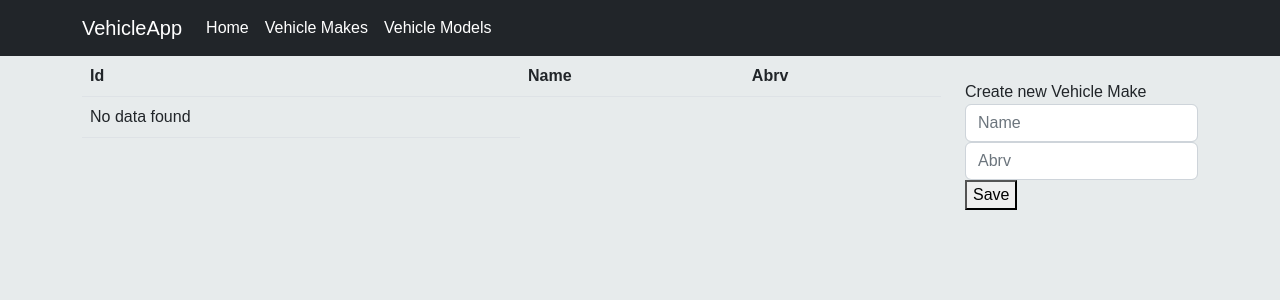
Repository: magdalenarajic/VehicleFrontend
Page: /Makes
The author's editor kept a copy of each file at every save. The page is drawn from the files as they stood at one save, then again after the next save.
The browser window is 1280 px wide. The pictures show the whole page.
The page's requests for data from a server got no answer. The project was rebuilt for these pictures with package versions that can differ from the ones it lists, and the page was loaded fresh each time. No one was signed in, and anything a server would have sent is missing. Also part of the build but not shown: src/components/Home.js, src/services/modelService.js, src/stores/modelStore.js, src/components/VehicleModel.js.

Above is the page before, as saved 2023-03-10 12:33:56.

### public/index.html
<!DOCTYPE html>
<html lang="en">
  <head>
    <meta charset="utf-8" />
    <link rel="icon" href="%PUBLIC_URL%/favicon.ico" />
    <meta name="viewport" content="width=device-width, initial-scale=1" />
    <meta name="theme-color" content="#000000" />
    <meta
      name="description"
      content="Web site created using create-react-app"
    />
    <link rel="apple-touch-icon" href="%PUBLIC_URL%/logo192.png" />
    <!--
      manifest.json provides metadata used when your web app is installed on a
      user's mobile device or desktop. See https://developers.google.com/web/fundamentals/web-app-manifest/
    -->
    <link rel="manifest" href="%PUBLIC_URL%/manifest.json" />
    <!--
      Notice the use of %PUBLIC_URL% in the tags above.
      It will be replaced with the URL of the `public` folder during the build.
      Only files inside the `public` folder can be referenced from the HTML.

      Unlike "/favicon.ico" or "favicon.ico", "%PUBLIC_URL%/favicon.ico" will
      work correctly both with client-side routing and a non-root public URL.
      Learn how to configure a non-root public URL by running `npm run build`.
    -->
    <link
  rel="stylesheet"
  href="https://cdn.jsdelivr.net/npm/bootstrap@5.2.3/dist/css/bootstrap.min.css"
  integrity="sha384-rbsA2VBKQhggwzxH7pPCaAqO46MgnOM80zW1RWuH61DGLwZJEdK2Kadq2F9CUG65"
  crossorigin="anonymous"
/>
    <title>React App</title>
  </head>
  <body>
    <noscript>You need to enable JavaScript to run this app.</noscript>
    <div id="root"></div>
    <!--
      This HTML file is a template.
      If you open it directly in the browser, you will see an empty page.

      You can add webfonts, meta tags, or analytics to this file.
      The build step will place the bundled scripts into the <body> tag.

      To begin the development, run `npm start` or `yarn start`.
      To create a production bundle, use `npm run build` or `yarn build`.
    -->
  </body>
</html>

### src/index.css
body {
  background-color: rgb(231, 235, 236);
  font-family: -apple-system, BlinkMacSystemFont, 'Segoe UI', 'Roboto', 'Oxygen',
    'Ubuntu', 'Cantarell', 'Fira Sans', 'Droid Sans', 'Helvetica Neue',
    sans-serif;
}

code {
  font-family: source-code-pro, Menlo, Monaco, Consolas, 'Courier New',
    monospace;
}

### src/App.js
import './App.css';
import { Home } from './components/Home';
import VehicleMake  from './components/VehicleMake';
import {Navigation} from './components/Navigation';
import VehicleModel from './components/VehicleModel';

import {BrowserRouter, Route, Routes} from 'react-router-dom';

function App() {
  return (
    <BrowserRouter>
    <div >
    <header>
      </header>
      <div>
      <Navigation/>
       <Routes>
        <Route path='/' element={<Home/>} />
        <Route path='/Makes' element={<VehicleMake/>} />
        <Route path='/Models' element={<VehicleModel/>} />
       </Routes>
    </div>
    </div>
    </BrowserRouter>
  );
}

export default App;

### src/App.css
.App {
  text-align: center;
}
body {
  font-family: Arial;
}

### src/components/VehicleMake.js
import React, { useEffect, useState } from "react";
import { Observer } from "mobx-react";
import makeStore from "../stores/makeStore";
import { Container, Table, Col, Row } from "react-bootstrap";

const MakeList = () => {
  const [showForm, setShowForm] = useState(false);
  const handleShow = () => setShowForm(true);

  const [name, setName] = useState("");
  const [abrv, setAbrv] = useState("");

  const [editName, setEditName] = useState("");
  const [editAbrv, setEditAbrv] = useState("");
  const [editId, setEditId] = useState("");

  useEffect(() => {
    makeStore.getData();
  }, []);

  const getSingleData = (id) => {
    handleShow();
    makeStore.getSingleData(id).then((result) => {
      setEditName(result.data.Name);
      setEditAbrv(result.data.Abrv);
      setEditId(result.data.Id);
    });
  };

  const updateData = () => {
    const data = {
      name: editName,
      abrv: editAbrv,
    };
    const id = {
      Id: editId,
    };
    console.log(data,id);
    makeStore.updateData(editName, editAbrv, editId);
    setEditName("");
    setEditAbrv("");
    setEditId("");
  };

  const deleteData = (id) => {
    makeStore.deleteData(id);
  };

  const saveData = () => {
    makeStore.createData(abrv, name);
    setName("");
    setAbrv("");
    window.location.reload(true);
  };

  return (
    <Observer>
      {() => (
        <>
          <Container>
            <Row>
              <Col>
                <Table>
                  <thead>
                    <tr>
                      <th> Id </th>
                      <th> Name</th>
                      <th> Abrv</th>
                    </tr>
                  </thead>
                  <tbody>
                    {makeStore.vehicleData &&
                    makeStore.vehicleData.length > 0 ? (
                      makeStore.vehicleData.map((make, index) => {
                        return (
                          <tr key={index}>
                            <td>{make.Id}</td>
                            <td>{make.Name}</td>
                            <td>{make.Abrv}</td>
                            <td>
                              <button
                                className="delete-btn"
                                onClick={() => deleteData(make.Id)}
                              >
                                Delete
                              </button>
                              <button
                                className="edit-btn"
                                onClick={() => getSingleData(make.Id)}
                              >
                                Edit
                              </button>
                            </td>
                          </tr>
                        );
                      })
                    ) : (
                      <tr>
                        <td>No data found</td>
                      </tr>
                    )}
                  </tbody>
                </Table>
              </Col>
              <Col md="auto">
                <br />
                <label> Create new Vehicle Make</label>
                <br />
                <input
                  type={"text"}
                  className="form-control"
                  placeholder="Name"
                  value={name}
                  onChange={(e) => setName(e.target.value)}
                ></input>
                <input
                  type={"text"}
                  className="form-control"
                  placeholder="Abrv"
                  value={abrv}
                  onChange={(e) => setAbrv(e.target.value)}
                ></input>
                <Col>
                  <button className="create-button" onClick={() => saveData()}>
                    Save
                  </button>
                </Col>
                <br></br>
              </Col>
            </Row>
            {showForm && (
              <Col>
                <br />
                <label> Update Vehicle Make</label>
                <br />
                <input
                  type={"text"}
                  className="form-control"
                  placeholder="Name"
                  value={editName}
                  onChange={(e) => setEditName(e.target.value)}
                ></input>
                <input
                  type={"text"}
                  className="form-control"
                  placeholder="Abrv"
                  value={editAbrv}
                  onChange={(e) => setEditAbrv(e.target.value)}
                ></input>
                <Col>
                  <button className="create-button" onClick={() => updateData()}>
                    Save Changes
                  </button>
                </Col>
                <br></br>
              </Col>
            )}
          </Container>
        </>
      )}
    </Observer>
  );
};


export default MakeList;

### src/components/Navigation.js
import React, { Component } from "react";
import { Navbar, Nav , Container} from "react-bootstrap";


export class Navigation extends Component {
  render() {
    return (
      <Navbar bg="dark" variant="dark">
      <Container>
      <Navbar.Brand href="#home">VehicleApp </Navbar.Brand>
        <Nav variant="pills" className="me-auto" >
          <Nav.Link className="d-inline p-2 text-white " href="/">
            Home
          </Nav.Link>
          <Nav.Link className="d-inline p-2 text-white" href="/makes">
            Vehicle Makes
          </Nav.Link>
          <Nav.Link className="d-inline p-2 text-white" href="/models">
            Vehicle Models
          </Nav.Link>
        </Nav>
        </Container>
      </Navbar>
    );
  }
}

### src/stores/makeStore.js
import { observable, action, makeObservable } from "mobx";
import makeService from "../services/makeService";

class MakeStore {
  constructor() {
    makeObservable(this, {
      status: observable,
      vehicleData: observable,
      singleData: observable,
      getData: action,
      createData: action,
      deleteData: action,
      updateData: action,
      getSingleData: action,
    });
  }

  status = "initial";
  vehicleData = [];
  singleData = [];

  getData = () => {
    makeService
      .getVehicleMakes()
      .then((result) => {
        this.vehicleData = result.data;
      })
      .catch((error) => {
        console.log(error);
        this.status = "error";
      });
  };

  getSingleData = (id) => {
    return makeService.getVehicleMake(id);
  };

  createData = (abrv, name) => {
    const vehicleData = { Abrv: abrv, Name: name };

    makeService.postVehicleMake(vehicleData).then((response) => {
      if (response.body === true) {
        this.status = "success";
        this.getData();
      }
    });
  };

  deleteData = (id) => {
    makeService.deleteVehicleMake(id).then((response) => {
      this.getData();
    });
  };

  updateData = (name, abrv, id) => {
    const singleData = { Name: name, Abrv: abrv };
    makeService.putVehicleMake(id, singleData).then((response) => {
      this.getData();
    });
  };
}

const makeStore = new MakeStore();

// makeStore.getSingleData(60).then((result) => console.log(result.data));
export default makeStore;

### src/services/makeService.js
import axios from "axios";

const errorHandler = (error) => {
  console.log(error);
};

const baseUrl = "https://localhost:44304/api/VehicleMakes";

class MakeService {
  getVehicleMakes = () => {
    return axios.get(`${baseUrl}`).catch(errorHandler);
  };

  getVehicleMake = (id) => {
    return axios.get(`${baseUrl}/${id}`).catch(errorHandler);
  };

  item = {
    Name: " ",
    Abrv: " ",
  };
  postVehicleMake = (item) => {
    return axios.post(`${baseUrl}`, item).catch(errorHandler);
  };

  deleteVehicleMake = (id) => {
    return axios.delete(`${baseUrl}/${id}/`).catch(errorHandler);
  };

  putVehicleMake = (id, item) => {
    return axios.put(`${baseUrl}/${id}`, item).catch(errorHandler);
  };
}
const makeService = new MakeService();
export default makeService;
// testing -- getVehicleMakes().then((result) => console.log(result));

Loaded but not shown: src/index.js (common file); src/reportWebVitals.js (common file)

After the next save:
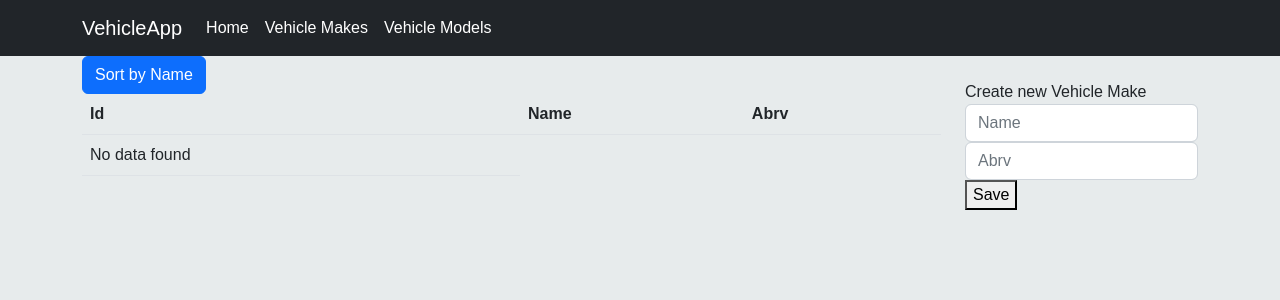
Saved 20 min 46 s later.
--- a/src/components/VehicleMake.js
+++ b/src/components/VehicleMake.js
@@ -53,6 +53,10 @@ const MakeList = () => {
     window.location.reload(true);
   };
 
+  const sortData = () => {
+             makeStore.sortData();
+  };
+
   return (
     <Observer>
       {() => (
@@ -60,6 +64,12 @@ const MakeList = () => {
           <Container>
             <Row>
               <Col>
+              <Col>  <button
+                    className="btn btn-primary"
+                    onClick={() => sortData()}
+                  >
+                    Sort by Name
+                  </button> </Col>
                 <Table>
                   <thead>
                     <tr>
--- a/src/stores/makeStore.js
+++ b/src/stores/makeStore.js
@@ -58,6 +58,18 @@ class MakeStore {
       this.getData();
     });
   };
+
+  sortData = () => {
+    makeService
+      .getOrderedMakes()
+      .then((result) => {
+        this.vehicleData = result.data;
+      })
+      .catch((error) => {
+        console.log(error);
+        this.status = "error";
+      });
+  };
 }
 
 const makeStore = new MakeStore();
--- a/src/services/makeService.js
+++ b/src/services/makeService.js
@@ -30,6 +30,12 @@ class MakeService {
   putVehicleMake = (id, item) => {
     return axios.put(`${baseUrl}/${id}`, item).catch(errorHandler);
   };
+
+  getOrderedMakes = () => {
+    return axios.get('https://localhost:44304/api/OrderedVehicleMakes').catch(errorHandler);
+  }
+
+
 }
 const makeService = new MakeService();
 export default makeService;
